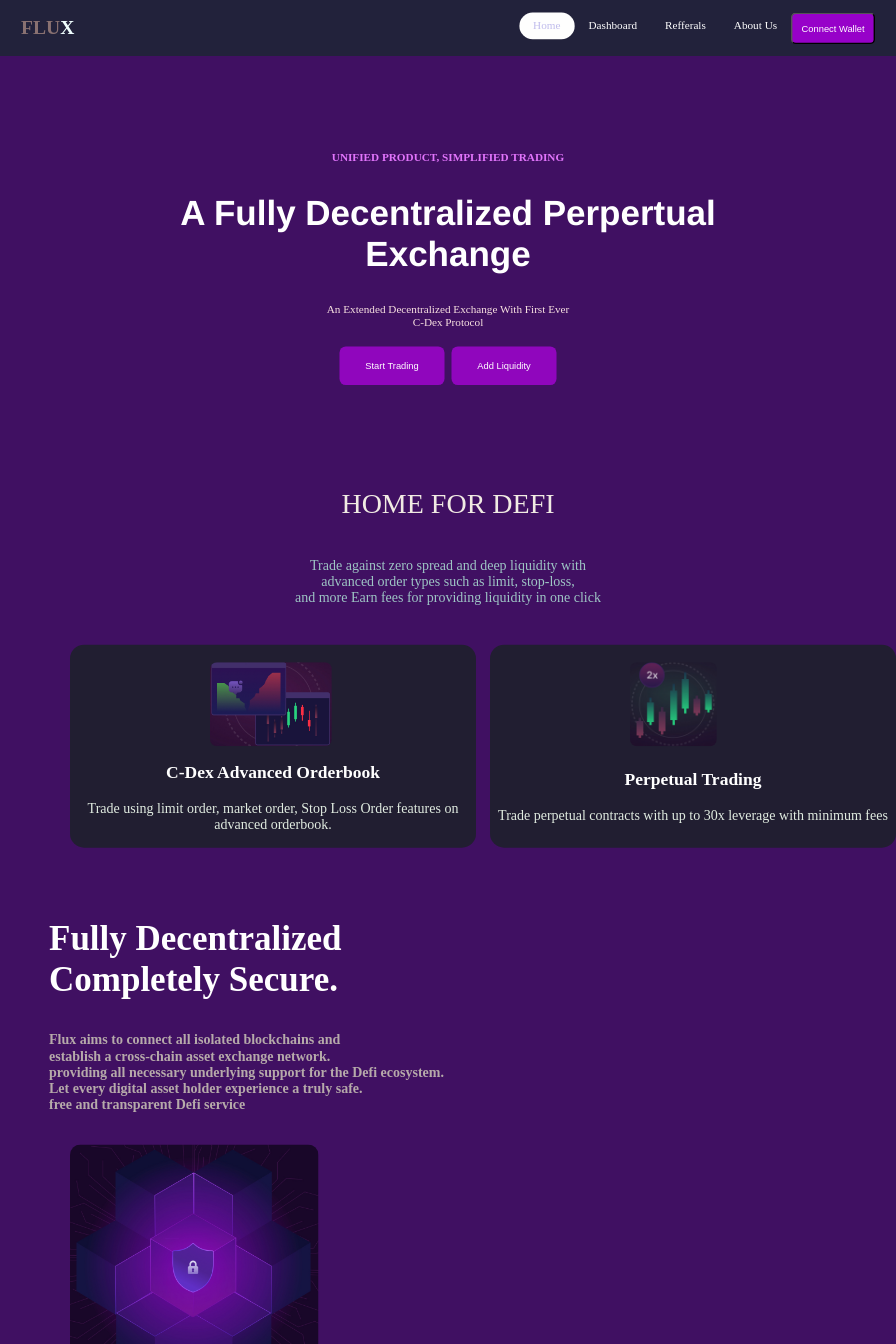
Repository: Tobby004/Flux-figma
Page: index.html
The author's editor kept a copy of each file at every save. The page is drawn from the files as they stood at one save, then again after the next save.
The browser window is 1280 px wide. The pictures show the part of the page from y = 0 to 1920 px (the page is 3239 px tall), at 70% of full size.

Above is the page before, as saved 2023-04-29 08:31:43.
Console error: SyntaxError: Unexpected identifier 'myFunction'

After the next save:
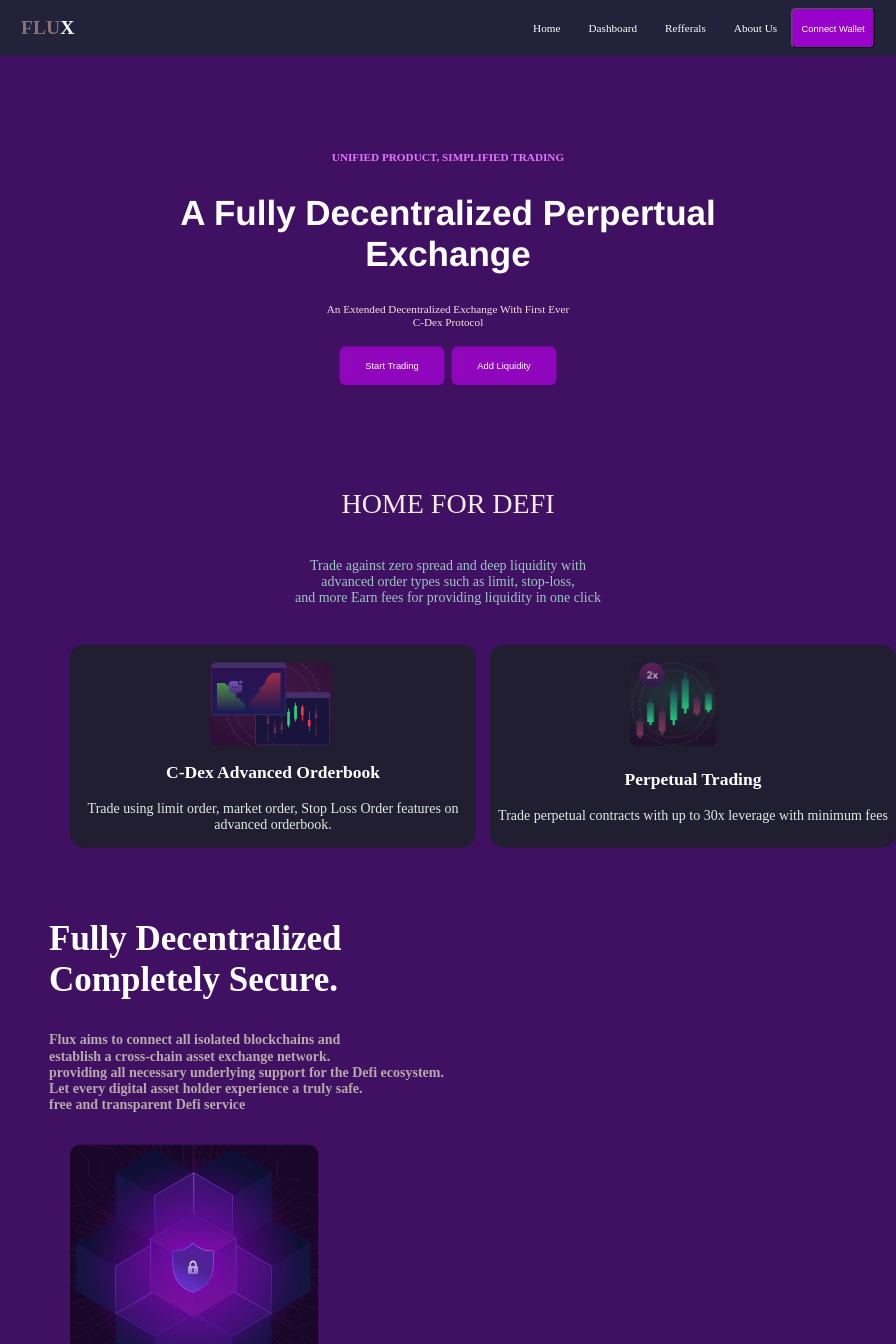
Saved 11 min 37 s later.
--- a/index.html
+++ b/index.html
@@ -8,7 +8,6 @@
     <link rel="stylesheet" href="style.css">
 </head>
 <body>
-    <header>
    <nav class="navbar">
     <div class="logo">FLU<b>X</b></div>
     <div class="hamburger">
@@ -24,7 +23,6 @@
             <button>Connect Wallet</button>
         </ul>
         </nav>
-    </header>
     <br><br>
     <h4>UNIFIED PRODUCT, SIMPLIFIED TRADING</h4>
     <h2> A Fully Decentralized Perpertual <br>Exchange </h2>
--- a/style.css
+++ b/style.css
@@ -13,7 +13,7 @@ body {
     height: 80px;
     justify-content: space-between;
     align-items: center;
-    padding: 0 30px;
+    padding:30px;
     background-color: rgb(34, 34, 59);
     color: rgb(137, 113, 113);
 }
@@ -24,7 +24,6 @@ body {
     font-size: 28px;
     font-weight: bold;
 }
-
 .hamburger {
     display: none;
 }
@@ -35,16 +34,11 @@ body {
     display: block;
     color: #fefefe;
     text-decoration: none;
-    padding: 10px 20px;
-    border-radius: 40px;
-    transition: 0.2s;
+    padding:  20px;
+
 }
 .navbar ul li a:hover{
     color: #11101b;
-    background: #fefefe;
-}
-.navbar ul li a.active {
-    color: #c0bcec;
     background: #fefefe;
 }
  .navbar button{
@@ -120,7 +114,7 @@ input[type="button"]{
     margin-top: 25px;
     height: 120px;
     border-radius: 10px;
-   margin-left: 200px;
+    margin-left: 200px;
 }
 .box2 {
     height: 290px;
@@ -378,16 +372,9 @@ margin-left: 10px;
     margin-right: 20px;
     font-size: 8px;
 }
-@media only screen and (max-width: 400px) {
 .navbar {
-    padding: 0 50px;
+    padding: 50px;
   }
-}
-@media only screen and (max-width:400px){
-    .navbar{
-        padding: 0 30px;
-    }
-}
 .hamburger{
     display: block;
     cursor: pointer;
